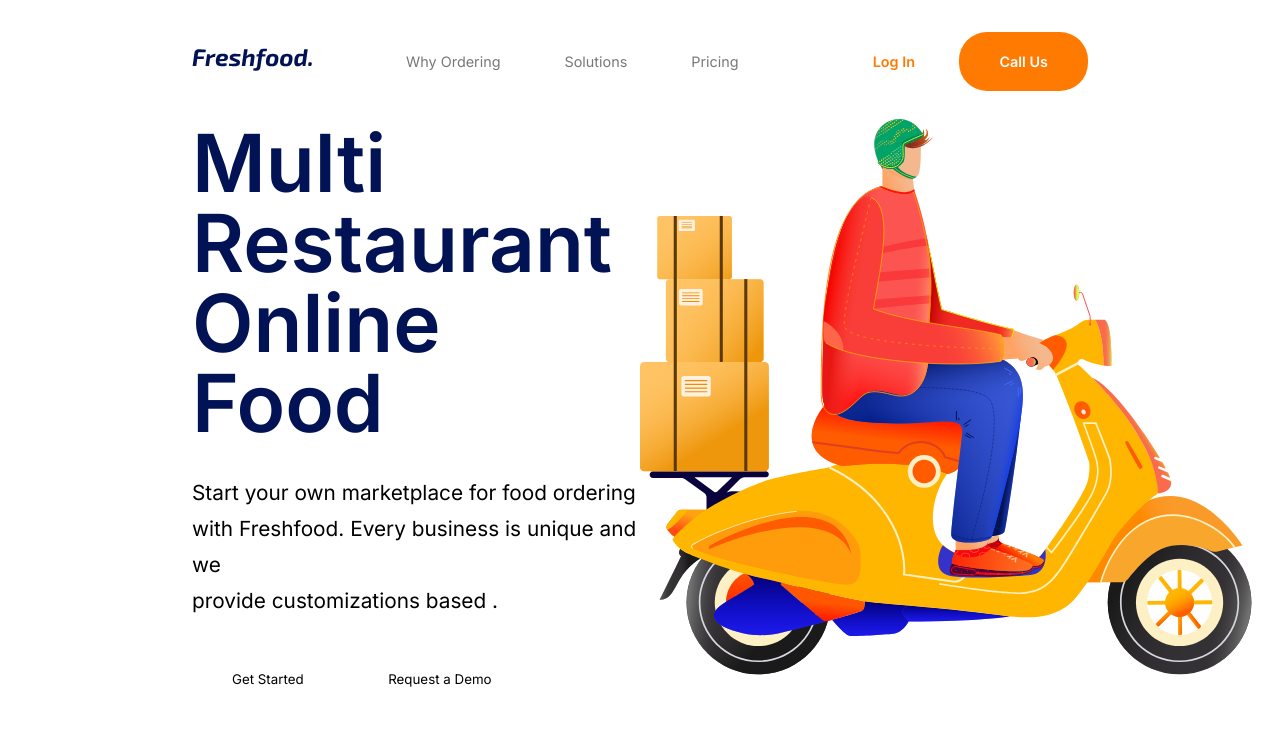
Repository: badhon252/FreshFood
Page: index.html
These files come from the project's save history. The page is drawn as it stood at one moment and after the next save; the edit follows.
The browser window is 1280 px wide. The pictures show the whole page.
The style sheet was rebuilt from its Sass, Less or Tailwind sources for each picture, by a compiler version that may differ from the author's.

Above is the page before, as saved 2022-09-06 00:29:53.

After the next save:
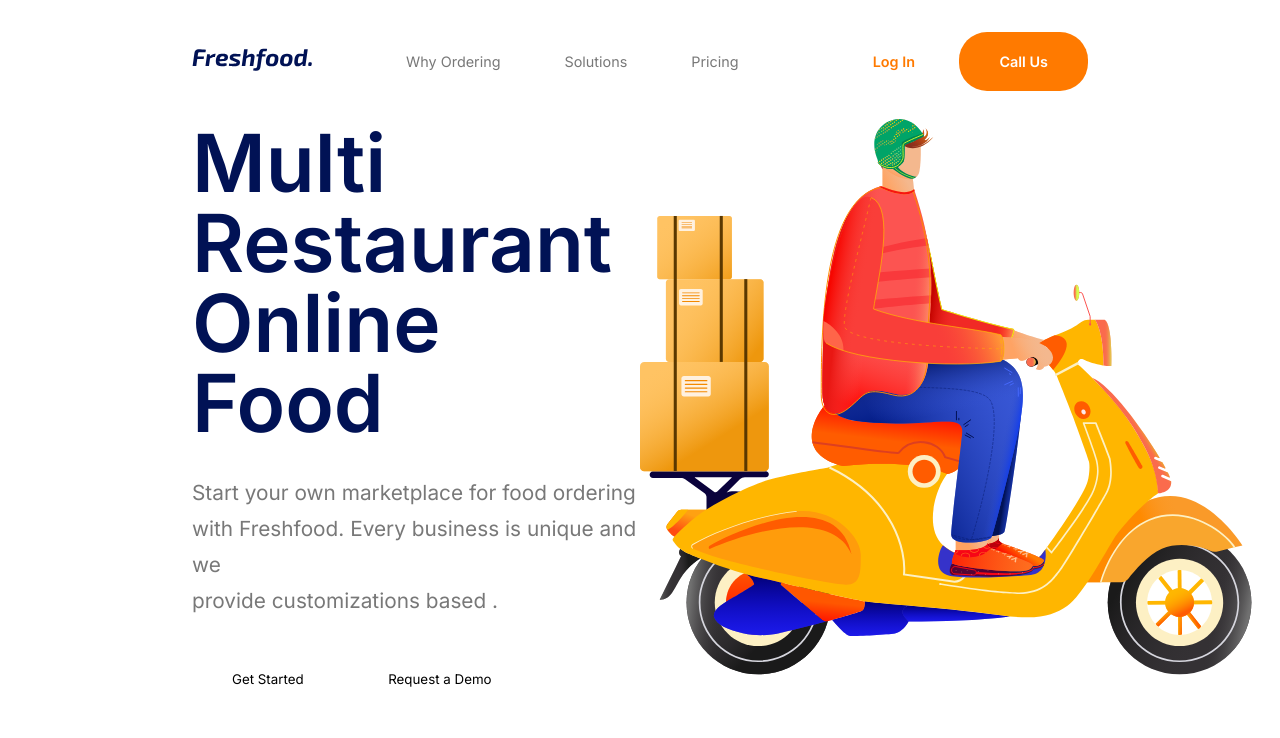
Saved 15 s later.
--- a/scss/style.scss
+++ b/scss/style.scss
@@ -85,5 +85,6 @@
     font-size: 1.3rem;
     margin: 2rem 0;
     line-height: 36px;
+    color: #787878;
   }
 }
